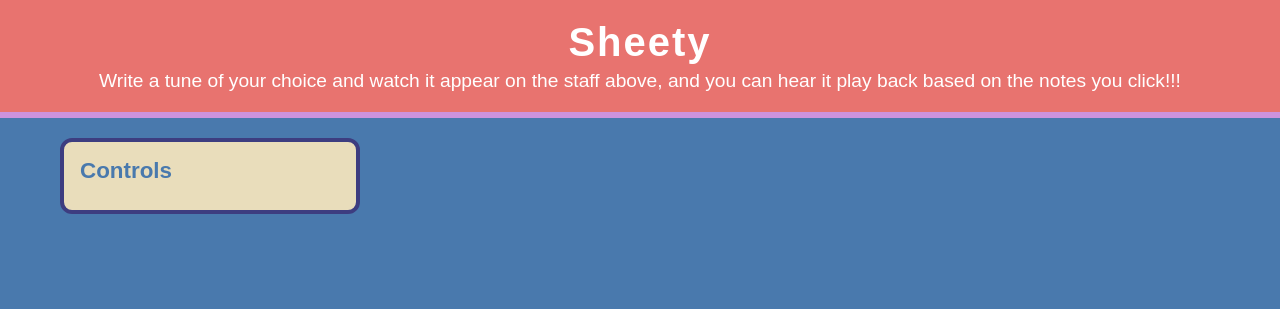
Repository: manayparikh1/sheety
Page: index.html
These files come from the project's save history. The page is drawn as it stood at one moment and after the next save; the edit follows.
The browser window is 1280 px wide. The pictures show the whole page.

Above is the page before, as saved 2026-08-22 20:33:31.

### index.html
<!DOCTYPE html>
<html lang="en">

<head>
    <meta charset="UTF-8">
    <title>Sheety</title>
    <style>
        * {
            margin: 0;
            padding: 0;
            box-sizing: border-box;
        }

        :root {
            --cream: #e9ddbb;
            --paper: #ffffff;
            --navy: #3d3d80;
            --red: #e8736f;
            --blue: #4979ad;
            --green: #8dc68b;
            --yellow: #f2e394;
            --orange: #f2ae72;
            --purple: #cd93dd;
            --grey: #a9a9a9;
            --black-key: #494646;
            --line-black: #222222;
        }

        html,
        body {
            background-color: var(--blue);
            font-family: "Comic Neue", "Architects Daughter", "Patrick Hand", "Chalkboard SE", cursive, sans-serif;
            color: var(--paper);
            min-height: 100%;
        }

        header {
            background: var(--red);
            color: var(--paper);
            padding: 19.5px;
            text-align: center;
            border-bottom: 6px solid var(--purple);
        }

        header h1 {
            font-size: 2.5rem;
            letter-spacing: 2px;
        }

        header p {
            margin-top: 5.7px;
            font-size: 1.2rem;
        }

        main {
            max-width: 1000px;
            margin: 0 auto;
            padding: 20px;
        }

        section {
            background: var(--cream);
            border: 4px solid var(--navy);
            border-radius: 12px;
            padding: 16px;
            margin-bottom: 20px;
        }

        section h2 {
            color: var(--blue);
            margin-bottom: 10px;
            font-size: 1.4rem;
        }

        .toolbar {
            display: flex;
            flex-wrap: wrap;
            gap: 14px;
            align-items: center;
        }

        .toolbar-group {
            display: flex;
            flex-direction: column;
            gap: 4px;
        }

        .toolbar-group label {
            font-size: 0.85rem;
            color: var(--grey);
        }

        select,
        input[type="range"] {
            font-family: inherit;
            font-size: 1rem;
            padding: 6px;
            border: 3px solid var(--navy);
            border-radius: 8px;
            background: var(--yellow);
            color: var(--navy);
        }

        button {
            font-family: inherit;
            padding: 10px 16px;
            border-radius: 10px;
            background: var(--yellow);
            font-size: 1rem;
            color: var(--navy);
            cursor: pointer;
            border: 3px solid var(--green);
        }

        button:hover {
            background: var(--orange);
            color: var(--green);
            transform: translateY(-2px);
            box-shadow: 0 4px 12px rgba(0, 0, 0, 0.15);
        }

        button:active {
            background: var(--red);
            color: var(--cream)
        }

        button.play-btn {
            background: var(--green);
            color: var(--cream);
        }

        button.play-btn:hover {
            background: var(--navy);
            transform: translateY(-2px);
            box-shadow: 0 4px 12px rgba(0, 0, 0, 0.15);
        }

        button.stop-btn {
            background: var(--red);
            color: var(--paper);
        }

        button.stop-btn:hover {
            background: var(--navy);
            transform: translateY(-2px);
            box-shadow: 0 4px 12px rgba(0, 0, 0, 0.15);
        }

        button.small {
            padding: 6px 10px;
            font-size: 0.85rem;
        }

        #staffWrap {
            overflow-x: auto;
            border: 3px dashed var(--grey);
            border-radius: 8px;
            padding: 10px;
            background: var(--paper);
        }

        svg#staffSvg {
            background: var(--cream);
            display: block;
        }

        .staff-line {
            stroke: var(--line-black);
            stroke-width: 2;
        }

        .bar-line {
            stroke: var(--grey);
            stroke-width: 2;
        }

        .note-head {
            fill: var(--navy);
            stroke: var(--navy);
            stroke-width: 1;
        }

        .note-head.playing {
            fill: var(--red);
            stroke: var(--red);
        }

        .note-stem {
            stroke: var(--navy);
            stroke-width: 2;
        }

        .rest-mark {
            fill: var(--grey);
        }

        .ledger-line {
            stroke: var(--line-black);
            stroke-width: 2;
        }

        .note-label {
            font-size: 10px;
            fill: var(--blue);
            font-family: "Comic Sans MS", cursive, sans-serif;
        }

        .clef-text {
            font-size: 40px;
            fill: var(--navy);
        }

        #piano {
            display: flex;
            justify-content: center;
            padding: 20px 0;
            gap: 2px;
        }

        .white-key {
            width: 44px;
            height: 150px;
            background: var(--paper);
            border: 3px solid var(--purple);
            border-radius: 0 0 8px 8px;
            cursor: pointer;
            display: flex;
            flex-direction: column;
            align-items: center;
            justify-content: flex-end;
            padding-bottom: 8px;
            font-size: 0.75rem;
            color: var(--grey);
            user-select: none;
        }

        .white-key .pitch-label {
            font-size: 0.75rem;
            color: var(--grey);
        }

        .white-key .key-hint {
            margin-top: 4px;
            width: 22px;
            height: 22px;
            line-height: 22px;
            text-align: center;
            border: 2px solid var(--navy);
            border-radius: 6px;
            background: var(--cream);
            color: var(--navy);
            font-size: 0.75rem;
            font-weight: bold;
        }

        .white-key.pressed .key-hint {
            background: var(--green);
            color: var(--cream);
        }

        #keyboardHint {
            margin-top: 4px;
            font-size: 0.85rem;
            color: var(--grey);
            text-align: center
        }

        .white-key:hover {
            background: var(--yellow);
            transform: translateY(-2px);
            box-shadow: 0 4px 12px rgba(0, 0, 0, 0.15);
        }

        .white-key:active,
        .white-key.pressed {
            background: var(--orange);
            color: var(--cream);
        }

        footer {
            text-align: center;
            padding: 20px;
            color: var(--grey);
            font-size: 0.85rem;
        }

        #statusMsg {
            margin-top: 10px;
            font-size: 0.9rem;
            color: var(--green);
            min-height: 20px;
        }

        main {
            max-width: 1200px;
            display: grid;
            grid-template-columns: 300px 1fr;
            gap: 20px;
            align-items: start;
        }

        .controls {
            position: sticky;
            top: 20px;
        }

        @media (max-width: 900px) {
            main {
                grid-template-columns: 1fr;
            }

            .controls {
                position: static;
            }
        }

        .grid2 {
            display: grid;
            gap: 10px;
        }

        .grid2 label {
            display: flex;
            flex-direction: column;
            gap: 4px;
            font-size: 0.85rem;
            color: var(--blue);
        }

        .grid2 label.check {
            flex-direction: row;
            align-items: center;
            gap: 8px;
        }

        .grid2 select,
        .grid2 input[type=range] {
            width: 100%;
        }

        .btns {
            display: flex;
            flex-wrap: wrap;
            gap: 8px;
            margin-top: 14px;
        }

        .btns button {
            flex: 1 1 auto;
        }

        .hollow {
            fill: var(--paper);
            stroke-width: 2.5;
        }

        .playing {
            fill: var(--red) !important;
            stroke: var(--red);
        }

        .note-head,
        .rest-mark {
            cursor: pointer;
        }
    </style>
</head>

<body>
    <header>
        <h1>Sheety</h1>
        <p>Write a tune of your choice and watch it appear on the staff above, and you can hear it play back based on
            the notes you click!!!</p>
    </header>
    <main>
        <section>
            <h2>Controls</h2>
            <div class="toolbar">

After the next save:
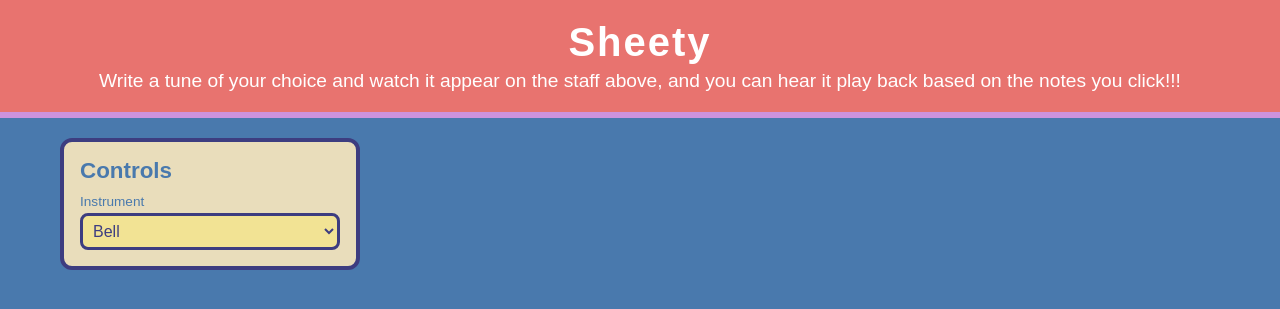
Saved 3 h 37 min later.
--- a/index.html
+++ b/index.html
@@ -373,6 +373,17 @@
             the notes you click!!!</p>
     </header>
     <main>
-        <section>
+        <section class="controls">
             <h2>Controls</h2>
-            <div class="toolbar">
+            <div class="grid2">
+                <label>Instrument
+                    <select id="wave">
+                        <option value="sine">Bell</option>
+                        <option value="triangle">Flute-ish</option>
+                        <option value="square">Robot</option>
+                        <option value="sawtooth">Buzzy</option>
+                    </select>
+                </label>
+            </div>
+        </section>
+    </main>
